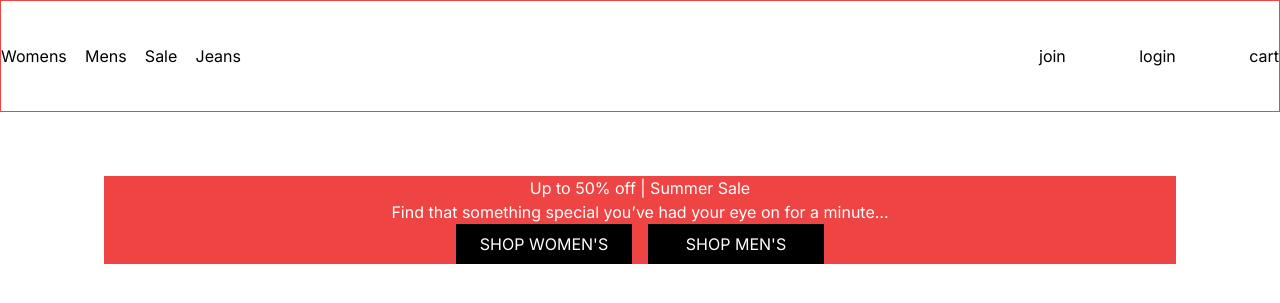
Repository: harrywebb21/stil-clothing
Page: /
An editor plug-in stored every save of this project. The page is shown before and after the next save, followed by the edit.
The browser window is 1280 px wide. The pictures show the whole page.
The project was rebuilt for these pictures with package versions that can differ from the ones it lists, and the page was loaded fresh each time. The framework's server and built-in components were replaced by stand-ins that run in the browser. Also part of the build but not shown: next.config.js.

Above is the page before, as saved 2023-06-08 16:08:18.

### src/app/page.js
"use client";
import Image from "next/image";
import Navbar from "./components/Navbar";
import SaleBox from "./components/SaleBox";

export default function Home() {
  return (
    <div>
      <Navbar />
      <div className="flex justify-center items-center p-16">
        <SaleBox />
      </div>
    </div>
  );
}

### src/app/components/Navbar.js
export default function Navbar() {
  return (
    <div className=" border border-red-500 h-28 flex justify-between items-center sticky t-0 l-0 w-screen">
      <ul className=" flex justify-between w-60">
        <li>
          <a href="/womens">Womens</a>
        </li>
        <li>
          <a href="/mens">Mens</a>
        </li>
        <li>
          <a href="/sale">Sale</a>
        </li>
        <li>
          <a href="/jeans">Jeans</a>
        </li>
      </ul>

      <ul className="flex justify-between w-60">
        <li>
          <a href="/join">join</a>
        </li>
        <li>
          <a href="/login">login</a>
        </li>
        <li>
          <a href="/cart">cart</a>
        </li>
      </ul>
    </div>
  );
}

### src/app/components/SaleBox.js
export default function SaleBox() {
  return (
    <div className="flex flex-col justify-center items-center  bg-red-500 text-white w-screen mx-10">
      <h1> Up to 50% off | Summer Sale</h1>
      <p>Find that something special you’ve had your eye on for a minute…</p>
      <div className="gap-4 flex">
        <button className="bg-black text-white px-4 py-2 text-center  w-44">
          SHOP WOMEN'S
        </button>
        <button className="bg-black text-white px-4 py-2  text-center w-44">
          SHOP MEN'S
        </button>
      </div>
    </div>
  );
}

Loaded but not shown: src/app/layout.js (common file); src/app/globals.css (common file); tailwind.config.js (common file)

After the next save:
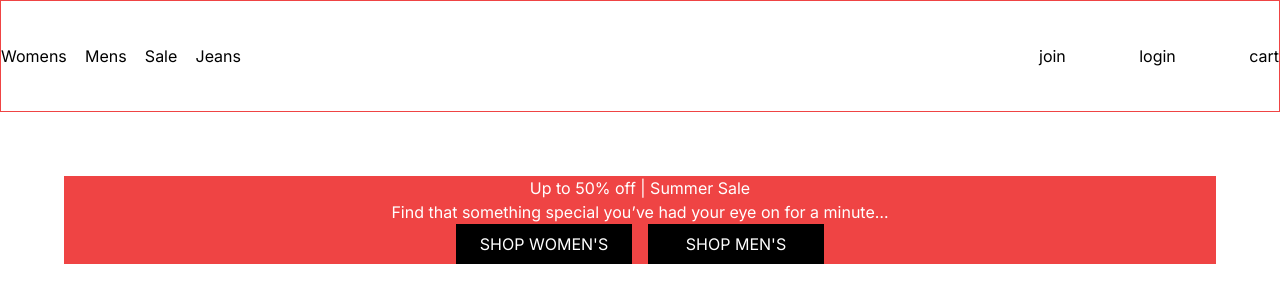
Saved 3 s later.
--- a/src/app/components/SaleBox.js
+++ b/src/app/components/SaleBox.js
@@ -1,6 +1,6 @@
 export default function SaleBox() {
   return (
-    <div className="flex flex-col justify-center items-center  bg-red-500 text-white w-screen mx-10">
+    <div className="flex flex-col justify-center items-center  bg-red-500 text-white w-screen m">
       <h1> Up to 50% off | Summer Sale</h1>
       <p>Find that something special you’ve had your eye on for a minute…</p>
       <div className="gap-4 flex">
